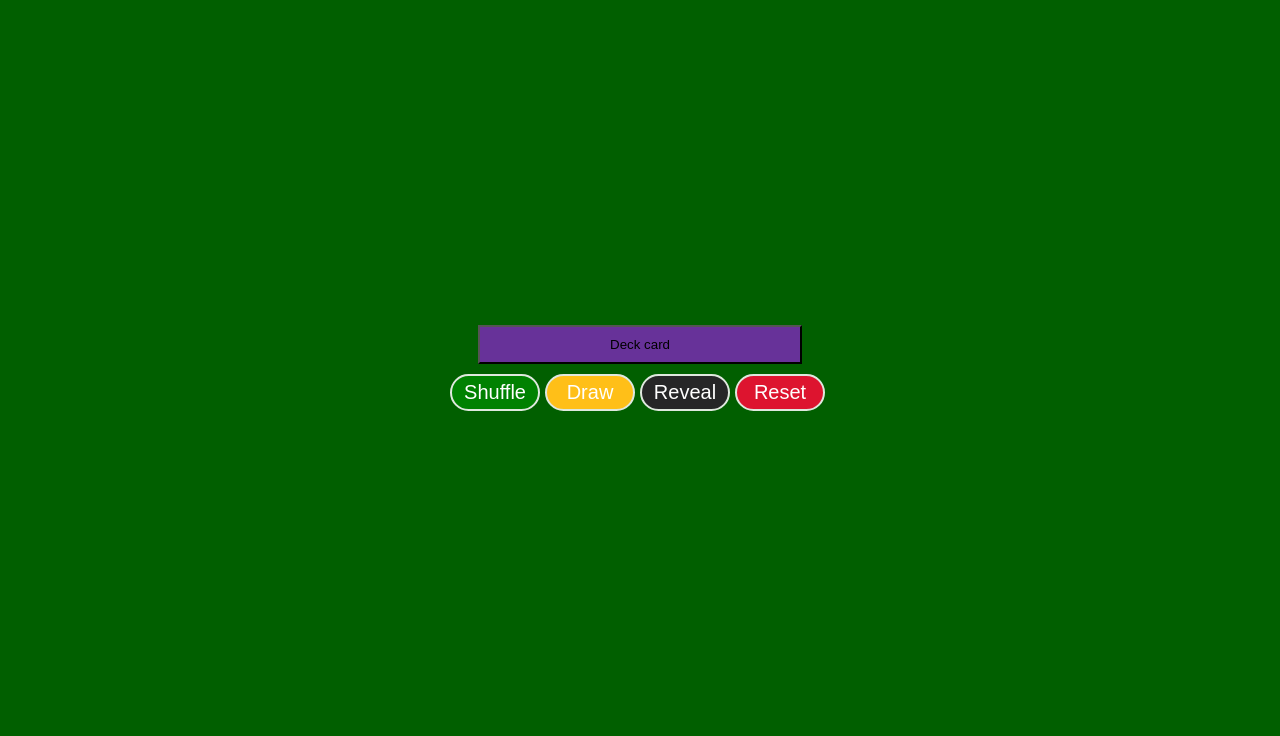
Repository: tiendungjr123/app-baicao
Page: /
An editor plug-in stored every save of this project. The page is shown before and after the next save, followed by the edit.
The browser window is 1280 px wide. The pictures show the whole page.
The project was rebuilt for these pictures with package versions that can differ from the ones it lists, and the page was loaded fresh each time. Also part of the build but not shown: src/index.css.

Above is the page before, as saved 2022-10-10 18:37:26.

After the next save:
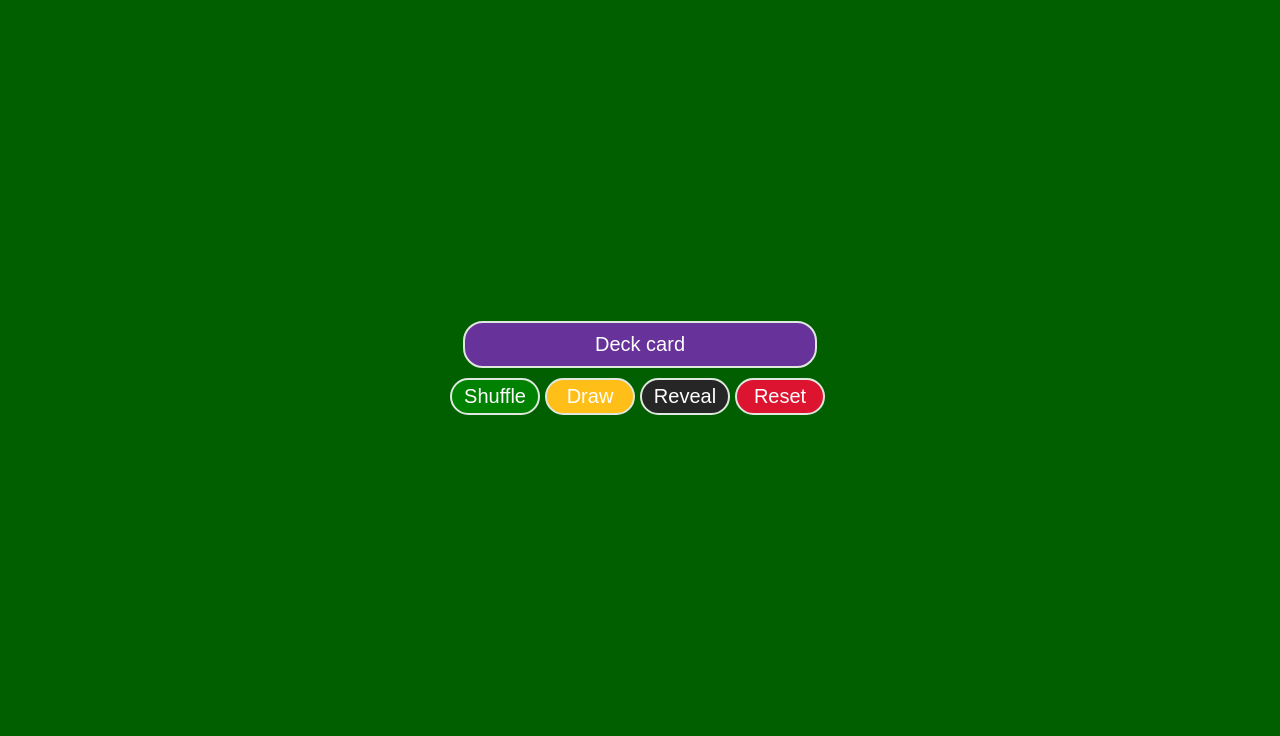
Saved 13 s later.
--- a/src/Scss/style.css
+++ b/src/Scss/style.css
@@ -6,7 +6,11 @@
   flex-direction: column;
 }
 .table .btn-deck-card {
-
+  border: 2px solid #DFE8DE;
+  border-radius: 20px;
+  color: #fff;
+  font-size: 20px;
+  font-weight: 400;
   background-color: #673299;
   padding: 10px 130px;
   margin-bottom: 10px;

After the save that followed:
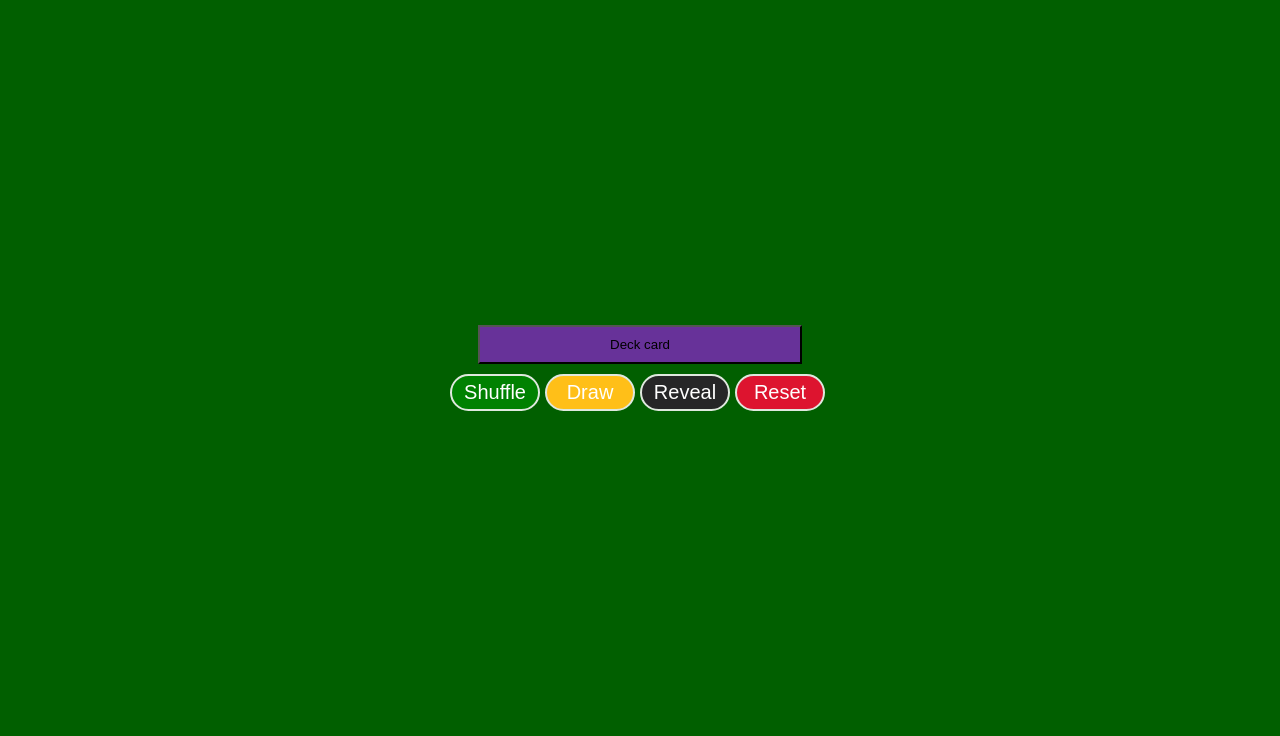
Saved 38 s later.
--- a/src/Scss/style.css
+++ b/src/Scss/style.css
@@ -6,11 +6,7 @@
   flex-direction: column;
 }
 .table .btn-deck-card {
-  border: 2px solid #DFE8DE;
-  border-radius: 20px;
-  color: #fff;
-  font-size: 20px;
-  font-weight: 400;
+
   background-color: #673299;
   padding: 10px 130px;
   margin-bottom: 10px;
